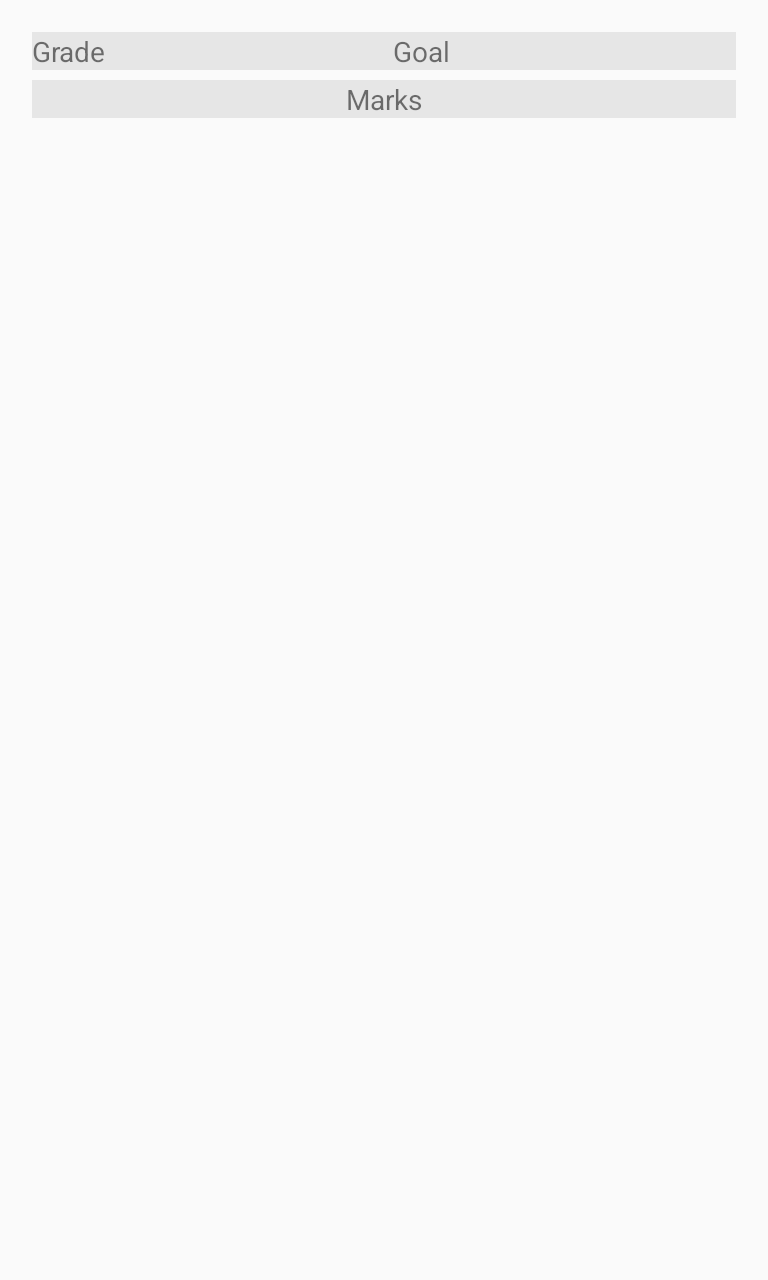
Repository: Tenergy05/GradePlanner
Layout: GradePlanner/res/layout/activity_view_course.xml
An editor plug-in stored every save of this project. The layout is shown before and after the next save, followed by the edit.
It is drawn on a 768 x 1280 px phone screen (xhdpi) without system bars, with theme AppTheme; the app's code is not run.

Above is the layout before, as saved 2015-01-02 23:14:37.

After the next save:
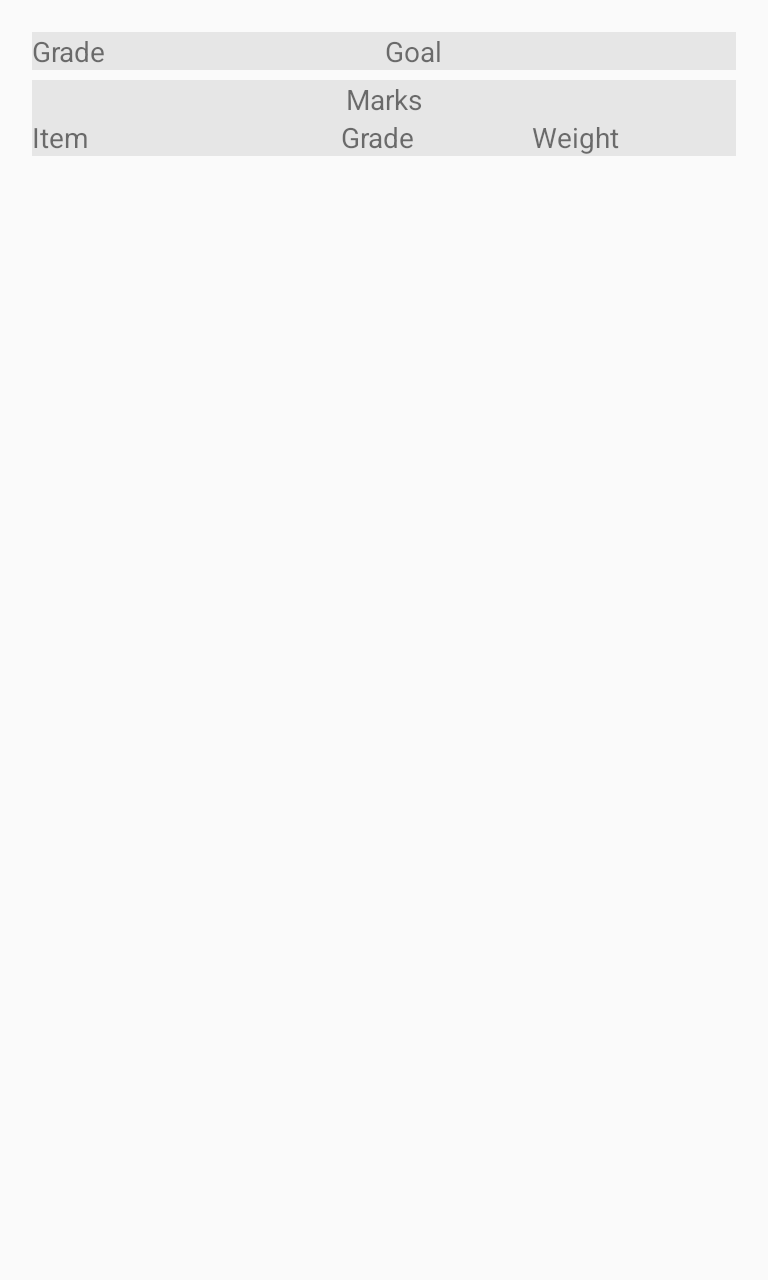
Saved 90 s later.
--- a/GradePlanner/res/layout/activity_view_course.xml
+++ b/GradePlanner/res/layout/activity_view_course.xml
@@ -34,8 +34,22 @@
             />
     </TableRow>
 
-    <TableRow >
-        <TextView />
+    <TableRow
+        android:layout_width="match_parent"
+        android:layout_height="wrap_content"
+        android:background="@color/grey">
+
+        <TextView
+            android:text="@string/item"
+            android:layout_weight="0.5"/>
+
+        <TextView
+            android:text="@string/grade"
+            android:layout_weight="0.25"/>
+
+        <TextView
+            android:text="@string/weight"
+            android:layout_weight="0.25"/>
     </TableRow>
 
 </TableLayout>
